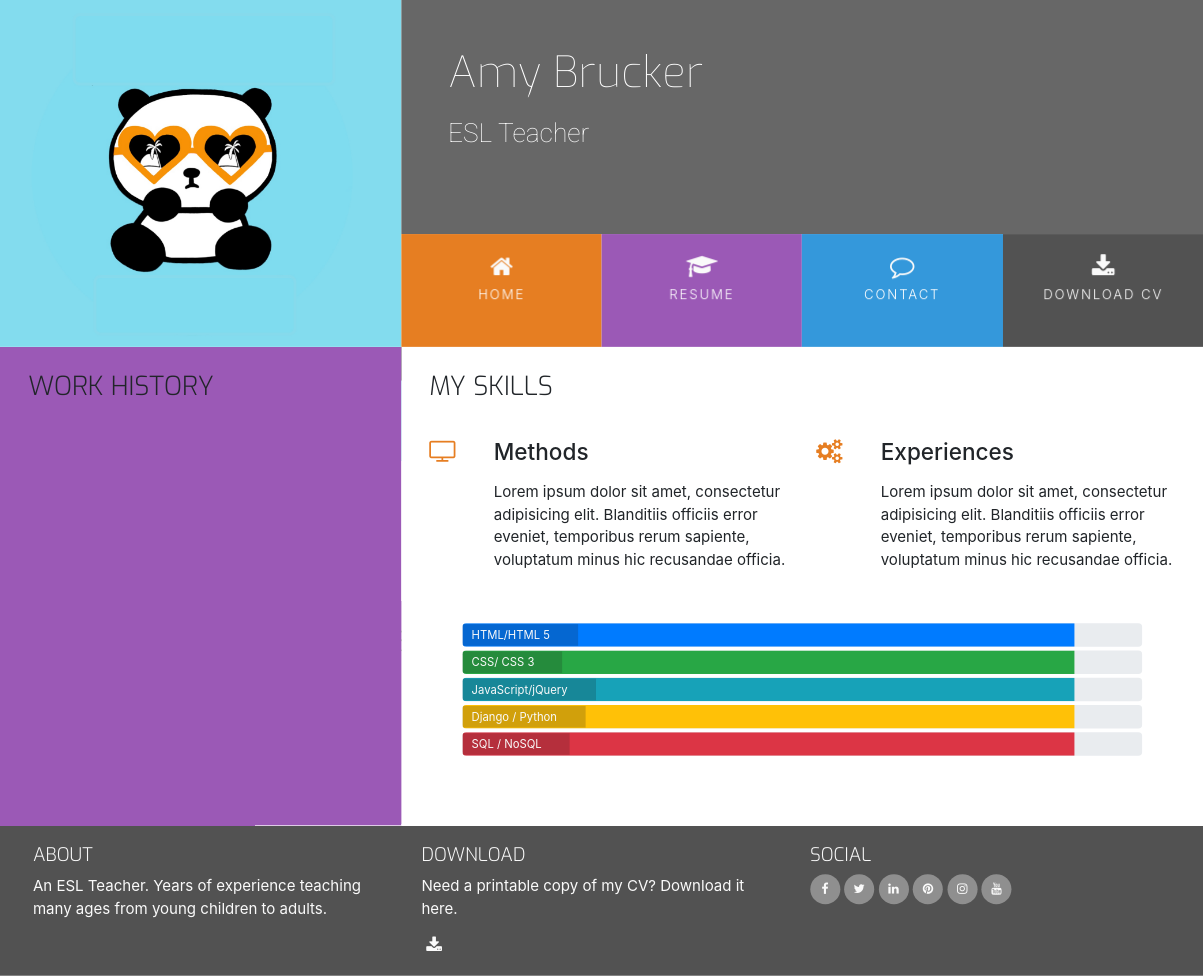
Repository: amybru/resume
Page: resume.html
The author's editor kept a record of every edit. The page is drawn from the files as they stood at one moment, then again after the next edit.
The browser window is 1280 px wide. The pictures show the whole page, at 94% of full size.
Some web libraries are served in a nearby version.

Above is the page before.

After the next edit:
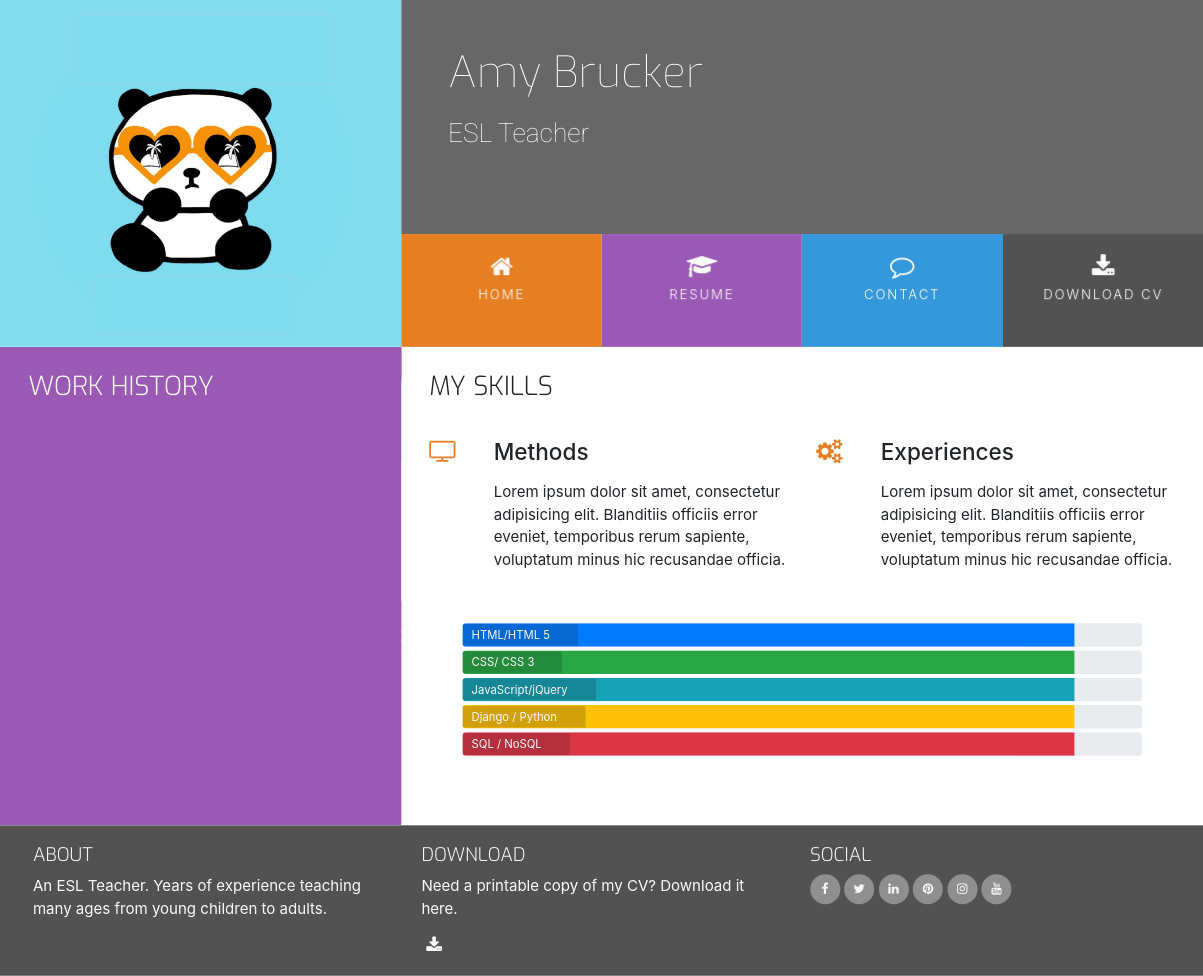
The edit:
--- a/resume.html
+++ b/resume.html
@@ -49,7 +49,7 @@
             <div class="col-md-4 bg-color-work-history section-column">
                 <div class="row">
                     <div class="col-12">
-                        <h3 class="section-heading uppercase">
+                        <h3 class="history-heading uppercase">
                             Work History
                         </h3>
                     </div>
